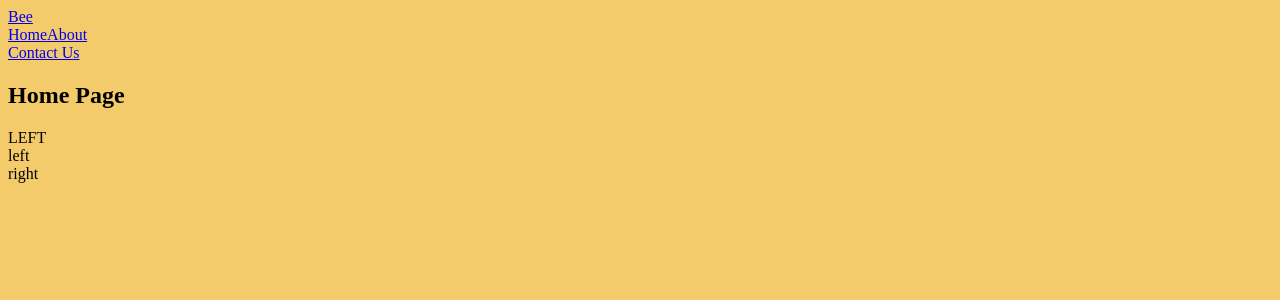
Repository: ble-syn/Random-user-generator-app
Page: /
The author's editor kept a copy of each file at every save. The page is drawn from the files as they stood at one save, then again after the next save.
The browser window is 1280 px wide. The pictures show the whole page.
The project was rebuilt for these pictures with package versions that can differ from the ones it lists, and the page was loaded fresh each time. Also part of the build but not shown: src/pages/About.jsx, src/pages/Policy.jsx, src/pages/Terms.jsx, src/pages/Contact.jsx, src/pages/NotFound.jsx.

Above is the page before, as saved 2022-10-26 00:24:17.

### src/index.css
body {
  background-color: #F4CB6B;
}

### src/App.js
import { BrowserRouter as Router, Routes, Route, Navigate} from "react-router-dom";
import Navbar from "./components/Navbar";
import Home from "./pages/Home";
import About from "./pages/About";
import Policy from "./pages/Policy";
import Terms from "./pages/Terms";
import Contact from "./pages/Contact";
import NotFound from "./pages/NotFound";

function App() {
  return (
    <div className="appcontainer">
      <Router>
      <Navbar />
        <Routes>
          <Route path="/" element={<Home />} />
          <Route path="/about" element={<About />}>
            <Route path="policy" element={<Policy />} />
            <Route path="terms" element={<Terms />} />
          </Route>
          <Route path="/contact" element={<Contact />} />
          <Route path="/not-found" element={<NotFound />} />
          <Route path="*" element={<Navigate to="/not-found" />} />
        </Routes>
      </Router>

    </div>
  );
}

export default App;

### src/components/Navbar.jsx
import React from "react";
import { Link } from "react-router-dom";

function Navbar() {
    return (
      <nav className="header">
        <div className="logo">
          <Link to="/">Bee</Link>
        </div>


        <div>
            <Link to="/about">Home</Link>

            <Link to="/contact">About</Link>
        </div>
        <div>
            <Link to="/">Contact Us</Link>
        </div>
      </nav>
    );
  }

export default Navbar;

### src/pages/Home.jsx
import React from "react";

function Home() {
  return (
    <div>
      <h2> Home Page</h2>
      LEFT
      <div id="left">
        left
      </div>
      <div>
        right
      </div>
    </div>
  );
}

export default Home;

Loaded but not shown: public/index.html (common file); src/index.js (common file); src/reportWebVitals.js (common file)

After the next save:
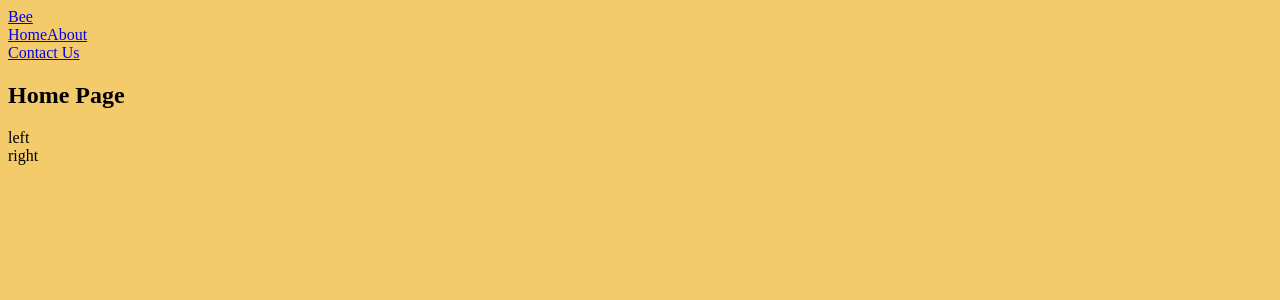
Saved 10 s later.
--- a/src/pages/Home.jsx
+++ b/src/pages/Home.jsx
@@ -4,7 +4,6 @@ function Home() {
   return (
     <div>
       <h2> Home Page</h2>
-      LEFT
       <div id="left">
         left
       </div>
